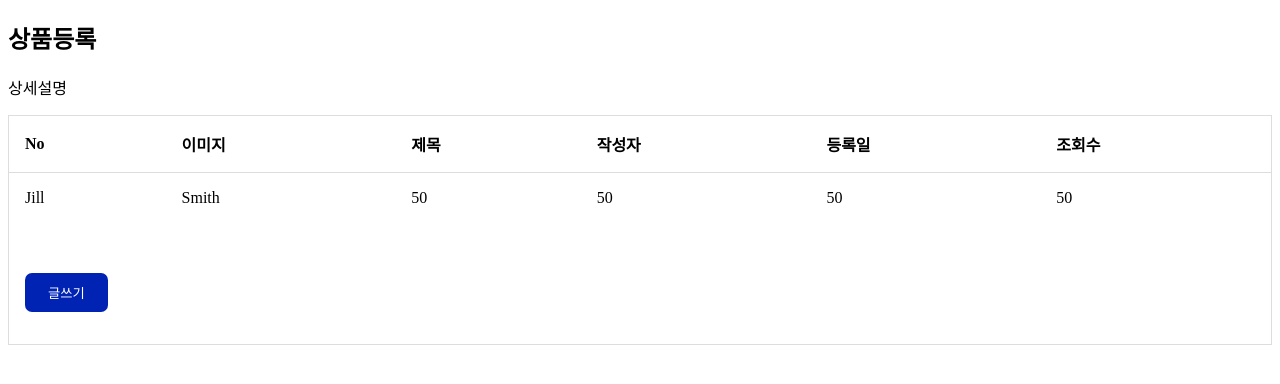
Repository: darae729/Project_shop
Page: http://localhost/SpringApp/gallery/list
An editor plug-in stored every save of this project. The page is shown before and after the next save, followed by the edit.
The browser window is 1280 px wide. The pictures show the whole page.
The page is served by Tomcat 9. Other server files are loaded and not shown.

Above is the page before, as saved 2023-09-06 05:25:58.

### SpringApp/src/main/webapp/WEB-INF/views/gallery/list.jsp
<%@ page contentType="text/html; charset=UTF-8"%>
<!DOCTYPE html>
<html>
<head>
<meta name="viewport" content="width=device-width, initial-scale=1">
<style>
table {
	border-collapse: collapse;
	border-spacing: 0;
	width: 100%;
	border: 1px solid #ddd;
}

th, td {
	text-align: left;
	padding: 16px;
}

tr:nth-child(even) {
	background-color: #ffffff;

}

tr[id=first]{
	background-color: #ffffff;
	border: 1px solid #ddd;
}


input[type=button] {
  background-color: #0123b4;
  color: white;
  padding: 10px 23px;
  border: none;
  border-radius: 7px;
  margin-right : 2px;
  cursor: pointer;
}

input[type=button]:hover {
  background-color: #1876fb;
}

</style>
<%@ include file="inc/head_link.jsp" %>
<script type="text/javascript">
$(function() {
	$("#bt_write").click(function() {
		location.href="/gallery/registform";
	});
});
</script>
</head>
<body>

	<h2>상품등록</h2>
	<p>상세설명</p>

	<table>
		<tr id="first">
			<th>No</th>
			<th>이미지</th>
			<th>제목</th>
			<th>작성자</th>
			<th>등록일</th>
			<th>조회수</th>
		</tr>

		<tr>
			<td>Jill</td>
			<td>Smith</td>
			<td>50</td>
			<td>50</td>
			<td>50</td>
			<td>50</td>
		</tr>

		<tr>
		<td colspan="6">
		<p><br>
		<input type="button" id="bt_write" value="글쓰기">
		</td>
		</tr>
	</table>

</body>
</html>

### SpringApp/src/main/webapp/WEB-INF/views/gallery/inc/head_link.jsp
<%@ page contentType="text/html; charset=UTF-8"%>
<script src="https://ajax.googleapis.com/ajax/libs/jquery/3.6.4/jquery.min.js"></script>

After the next save:
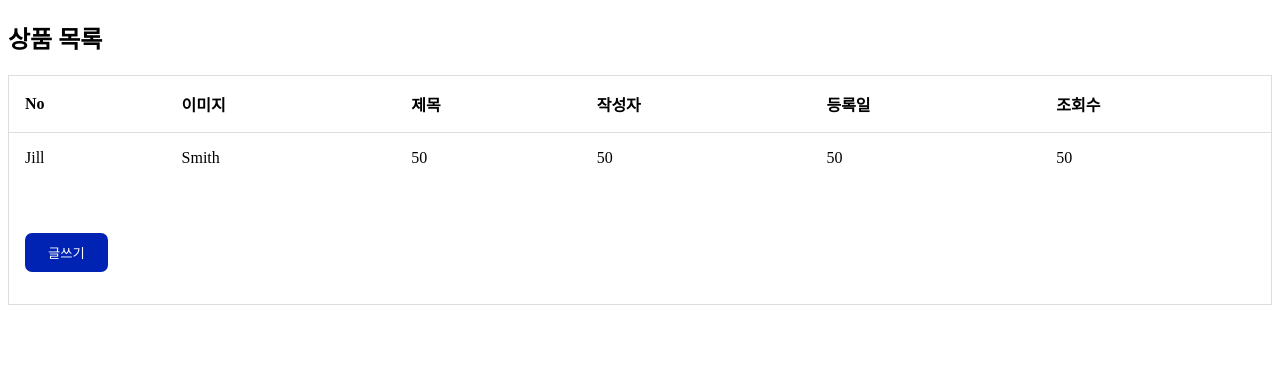
Saved 40 s later.
--- a/SpringApp/src/main/webapp/WEB-INF/views/gallery/list.jsp
+++ b/SpringApp/src/main/webapp/WEB-INF/views/gallery/list.jsp
@@ -53,8 +53,8 @@ $(function() {
 </head>
 <body>
 
-	<h2>상품등록</h2>
-	<p>상세설명</p>
+	<h2>상품 목록</h2>
+	<p></p>
 
 	<table>
 		<tr id="first">
